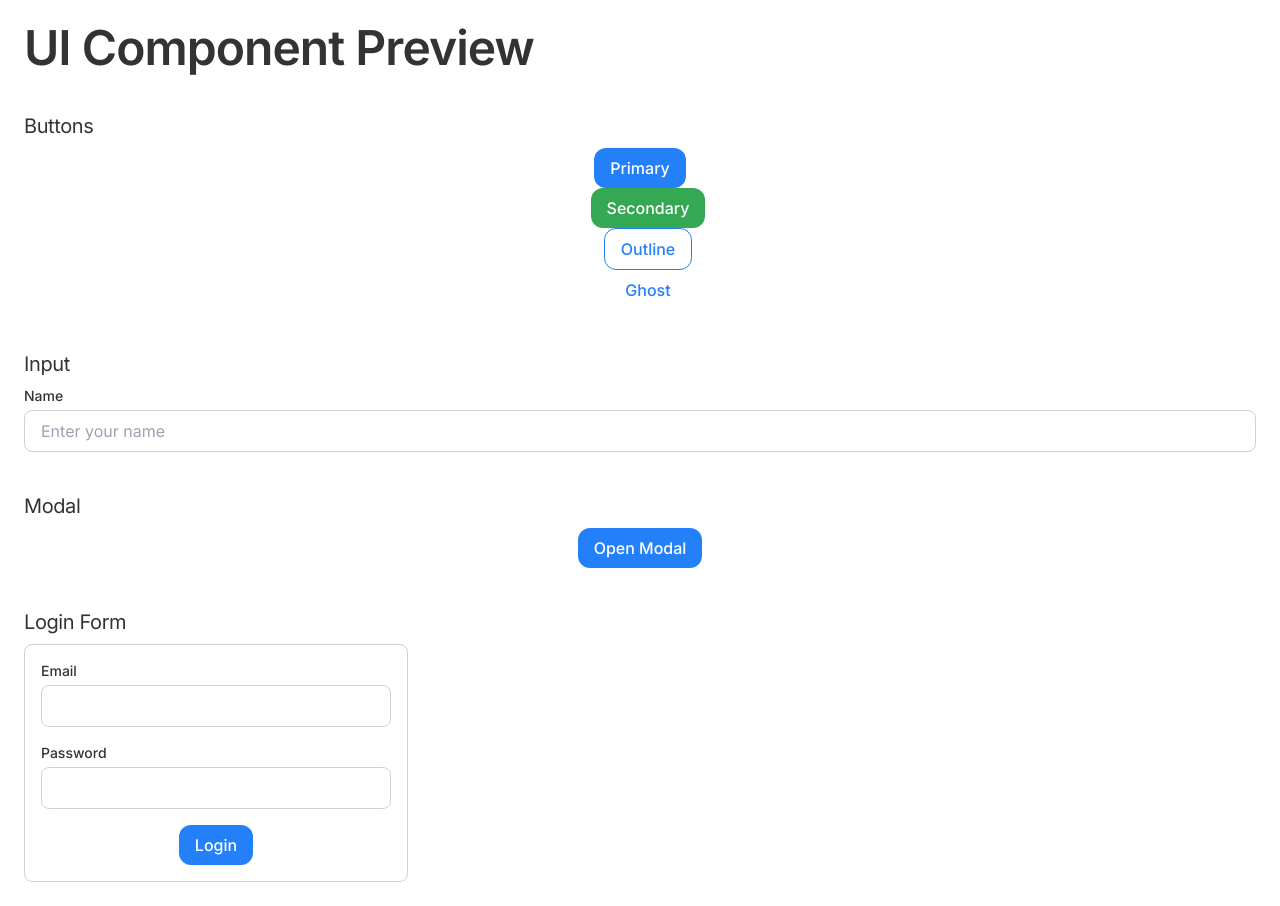
Repository: nikhilchikkam/im-project
Page: / (app in frontend/)
These files come from the project's save history. The page is drawn as it stood at one moment and after the next save; the edit follows.
The browser window is 1280 px wide. The pictures show the whole page.
The project was rebuilt for these pictures with package versions that can differ from the ones it lists, and the page was loaded fresh each time. Also part of the build but not shown: frontend/vite.config.ts, frontend/src/components/Modal.tsx.

Above is the page before, as saved 2025-06-10 17:47:15.

After the next save:
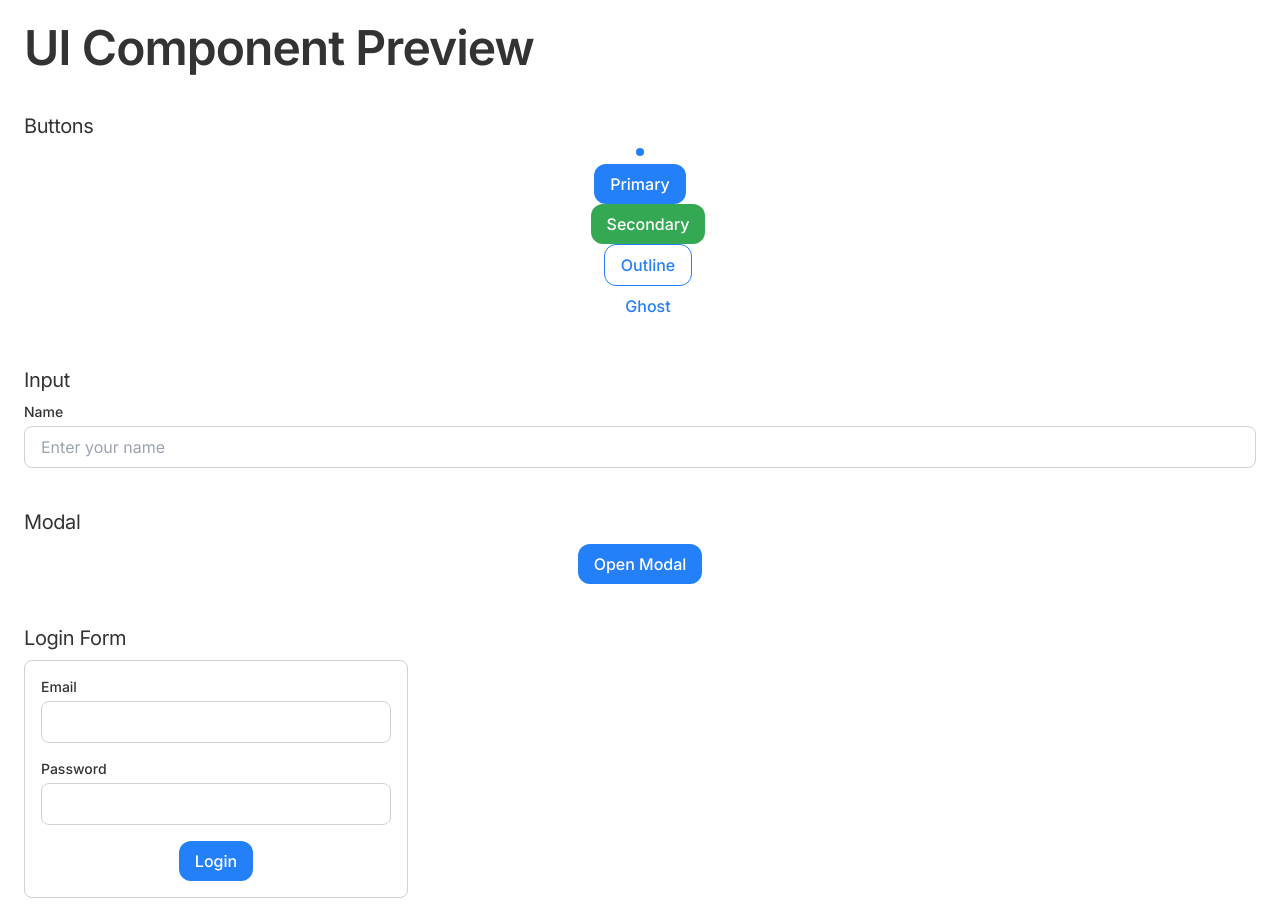
Saved 23 s later.
--- a/frontend/src/App.tsx
+++ b/frontend/src/App.tsx
@@ -16,7 +16,7 @@
       <section>
         <h2 className="text-h3 mb-2">Buttons</h2>
         <div className="space-x-4">
-          <Button>Primary</Button>
+          <Button isActive>Primary</Button>
           <Button variant="secondary">Secondary</Button>
           <Button variant="outline">Outline</Button>
           <Button variant="ghost">Ghost</Button>

After the save that followed:
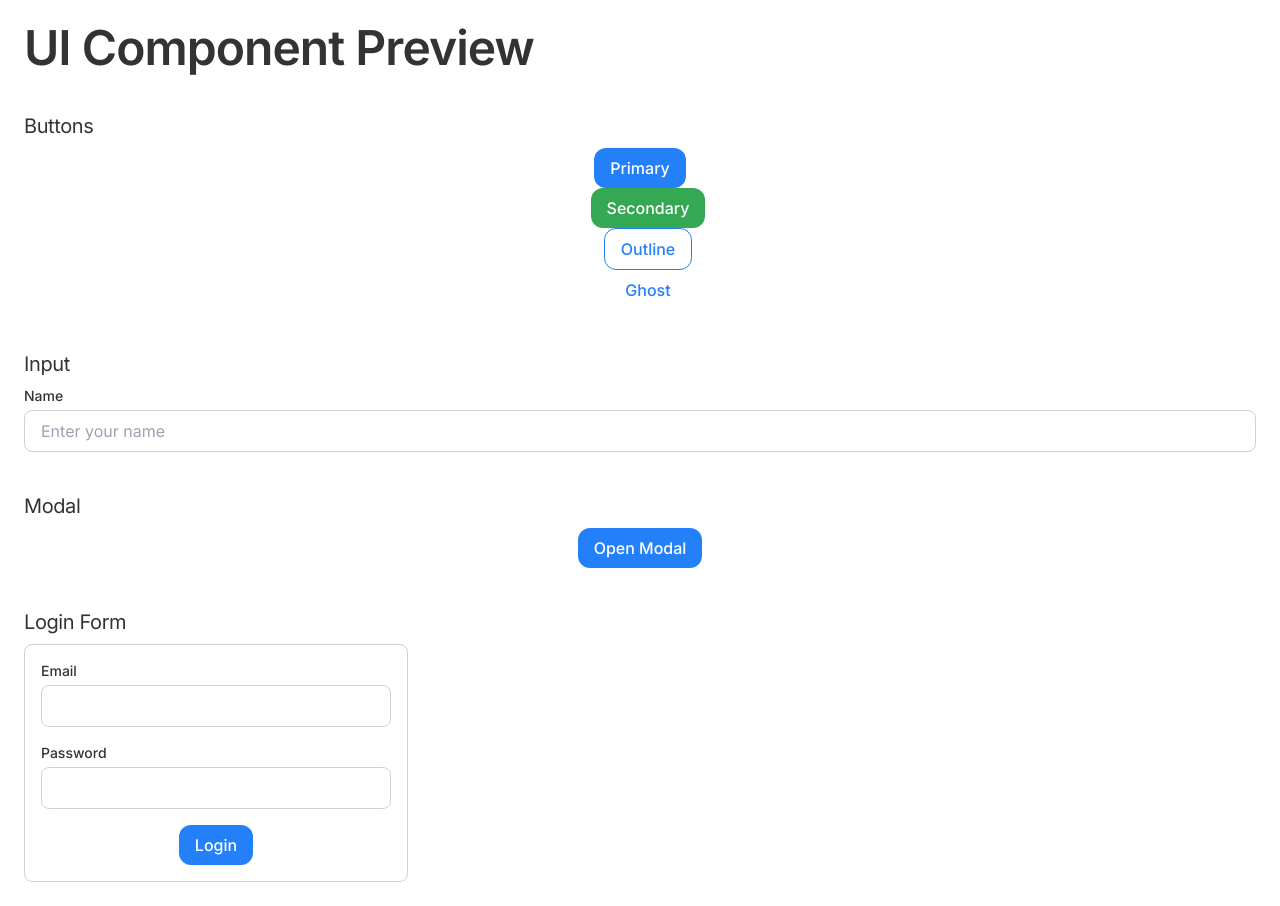
Saved 11 s later.
--- a/frontend/src/App.tsx
+++ b/frontend/src/App.tsx
@@ -16,7 +16,7 @@
       <section>
         <h2 className="text-h3 mb-2">Buttons</h2>
         <div className="space-x-4">
-          <Button isActive>Primary</Button>
+          <Button >Primary</Button>
           <Button variant="secondary">Secondary</Button>
           <Button variant="outline">Outline</Button>
           <Button variant="ghost">Ghost</Button>
